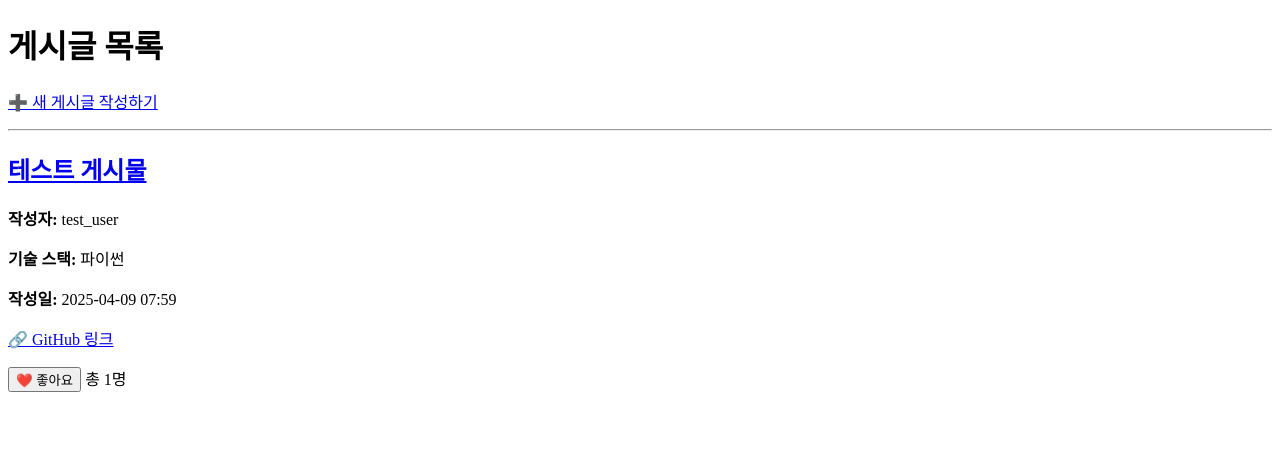
Repository: SSWU-LIKELION-13TH-BE/Django_KimGaYoon
Page: http://localhost/board/
These files come from the project's save history. The page is drawn as it stood at one moment and after the next save; the edit follows.
The browser window is 1280 px wide. The pictures show the whole page.
The page is served by the project's application, run on Django 5.2 (manage.py). Other server files are loaded and not shown. The page reads the database file committed with the project.

Above is the page before, as saved 2025-04-30 22:56:25.

### board/templates/board/post_list.html
<!DOCTYPE html>
<html lang="ko">
<head>
    <meta charset="UTF-8">
    <title>게시글 목록</title>
</head>
<body>
    <h1>게시글 목록</h1>

    <p><a href="{% url 'post_create' %}">➕ 새 게시글 작성하기</a></p>

    {% for post in posts %}
        <hr>
        <h2><a href="{% url 'post_detail' post.id %}">{{ post.title }}</a></h2>
        <p><strong>작성자:</strong> {{ post.author.nickname }}</p>
        <p><strong>기술 스택:</strong> {{ post.tech_stack }}</p>
        <p><strong>작성일:</strong> {{ post.created_at|date:"Y-m-d H:i" }}</p>

        {% if post.github_url %}
            <p><a href="{{ post.github_url }}" target="_blank">🔗 GitHub 링크</a></p>
        {% else %}
            <p>GitHub 링크 없음</p>
        {% endif %}

        {% if post.image %}
            <p><img src="{{ post.image.url }}" alt="첨부 이미지" width="200"></p>
        {% endif %}

        <form action="{% url 'toggle_like' post.id %}" method="POST">
            {% csrf_token %}
            {% if user in post.likes.all %}
                <button type="submit">💔 좋아요 취소</button>
            {% else %}
                <button type="submit">❤️ 좋아요</button>
            {% endif %}
            <span>총 {{ post.likes.count }}명</span>
        </form>

        {% if user == post.author %}
            <p>
                <a href="{% url 'post_edit' post.id %}">수정</a> |
                <a href="{% url 'post_delete' post.id %}">삭제</a>
            </p>
        {% endif %}
    {% empty %}
        <p>게시글이 없습니다.</p>
    {% endfor %}
</body>
</html>

### board/models.py
from django.db import models
from django.conf import settings
from django.contrib.auth import get_user_model
from django.contrib.auth.models import User
from django.utils import timezone

class Post(models.Model):
    author = models.ForeignKey(settings.AUTH_USER_MODEL, on_delete=models.CASCADE)
    title = models.CharField(max_length=100)
    content = models.TextField()
    image = models.ImageField(upload_to='post_images/', blank=True, null=True)
    tech_stack = models.CharField(max_length=100)
    github_url = models.URLField(blank=True)
    created_at = models.DateTimeField(auto_now_add=True)

    likes = models.ManyToManyField(get_user_model(), related_name='liked_posts', blank=True)

    def __str__(self):
        return self.title

class Comment(models.Model):
    post = models.ForeignKey('Post', related_name='comments', on_delete=models.CASCADE)
    author = models.ForeignKey(settings.AUTH_USER_MODEL, on_delete=models.CASCADE)
    content = models.TextField()
    created_at = models.DateTimeField(default=timezone.now)
    updated_at = models.DateTimeField(auto_now=True)
    parent = models.ForeignKey('self', null=True, blank=True, related_name='replies', on_delete=models.CASCADE)

    def __str__(self):
        return f"{self.author.username}의 댓글"

    def like_count(self):
        return self.likes.count()

    def is_liked_by(self, user):
        return self.likes.filter(user=user).exists()


    class Meta:
        ordering = ['created_at']

class CommentLike(models.Model):
    comment = models.ForeignKey(Comment, related_name='likes', on_delete=models.CASCADE)
    user = models.ForeignKey(settings.AUTH_USER_MODEL, on_delete=models.CASCADE)

    class Meta:
        unique_together = ('comment', 'user')

    def __str__(self):
        return f"{self.user.username} → {self.comment}"

### board/views.py
from django.shortcuts import render, redirect, get_object_or_404
from .forms import PostForm, CommentForm
from django.contrib.auth.decorators import login_required
from .models import Post, Comment, CommentLike
from django.http import HttpResponseRedirect, JsonResponse
from django.urls import reverse
from django.views.decorators.http import require_POST

@login_required(login_url='/user/login/')
def post_create(request):
    if request.method == 'POST':
        form = PostForm(request.POST, request.FILES)
        if form.is_valid():
            post = form.save(commit=False)
            post.author = request.user
            post.save()
            return redirect('post_list')

    else:
        form = PostForm()
    return render(request, 'board/post_create.html', {'form': form})

def post_list(request):
    query = request.GET.get('q')

    if query:
        posts = Post.objects.filter(title__icontains=query)
    else:
        posts = Post.objects.all()

    posts = posts.order_by('-created_at')  # 여기서 정렬만 해줘야 함

    return render(request, 'board/post_list.html', {'posts': posts})

@login_required(login_url='/user/login/?next=/board/')
def toggle_like(request, post_id):
    post = get_object_or_404(Post, id=post_id)

    if request.user in post.likes.all():
        post.likes.remove(request.user)
    else:
        post.likes.add(request.user)

    return HttpResponseRedirect(reverse('post_list'))

def post_detail(request, post_id):
    post = get_object_or_404(Post, id=post_id)
    comments = post.comments.filter(parent = None)

    if request.method == 'POST':
        parent_id = request.POST.get('parent')
        comment_form = CommentForm(request.POST)

        if comment_form.is_valid():
            comment = comment_form.save(commit = False)
            comment.post = post
            comment.author = request.user
            comment.save()

            if parent_id:
                try:
                    parent_comment = Comment.objects.get(id=parent_id)
                    comment.parent = parent_comment
                except Comment.DoesNotExist:
                    pass

            comment.save()
            return redirect('post_detail', post_id = post.id)

    else:
        comment_form = CommentForm()

    return render(request, 'board/post_detail.html', {
        'post': post,
        'comments': comments,
        'comment_form': comment_form
    })

@login_required(login_url='/user/login/')
def post_edit(request, post_id):
    post = get_object_or_404(Post, id=post_id)
    if request.user != post.author:
        return redirect('post_detail', post_id=post.id)

    if request.method == 'POST':
        form = PostForm(request.POST, request.FILES, instance=post)
        if form.is_valid():
            form.save()
            return redirect('post_detail', post_id=post.id)
    else:
        form = PostForm(instance=post)

    return render(request, 'board/post_edit.html', {'form': form})

@login_required(login_url='/user/login/')
def post_delete(request, post_id):
    post = get_object_or_404(Post, id=post_id)
    if request.user != post.author:
        return redirect('post_detail', post_id=post.id)

    if request.method == 'POST':
        post.delete()
        return redirect('post_list')

    return render(request, 'board/post_delete.html', {'post': post})

@login_required(login_url='/user/login/')
def comment_delete(request, comment_id):
    comment = get_object_or_404(Comment, id=comment_id)
    post_id = comment.post.id

    if request.user == comment.author:
        comment.delete()
    return redirect('post_detail', post_id=post_id)

@require_POST
@login_required(login_url='/user/login/')
def toggle_comment_like(request):
    comment_id = request.POST.get('comment_id')
    comment = get_object_or_404(Comment, id=comment_id)
    user = request.user

    like, created = CommentLike.objects.get_or_create(comment=comment, user=user)

    if not created:
        like.delete()
        liked = False
    else:
        liked = True

    return JsonResponse({
        'liked': liked,
        'like_count': comment.like_count()
    })

### user/models.py
from django.contrib.auth.models import AbstractUser, Group, Permission
from django.db import models

# Create your models here.
class CustomUser(AbstractUser):
    # add additional fields in here
    phone_number = models.CharField(max_length=15, blank=True, null=True)
    nickname = models.CharField(max_length=30, blank=True, null=True)

    groups= models.ManyToManyField(Group, related_name="customuser_set", blank=True)
    user_permissions = models.ManyToManyField(Permission, related_name="customuser_permissions_set", blank=True)
    pass

### myproject/urls.py
"""
URL configuration for myproject project.

The `urlpatterns` list routes URLs to views. For more information please see:
    https://docs.djangoproject.com/en/5.1/topics/http/urls/
Examples:
Function views
    1. Add an import:  from my_app import views
    2. Add a URL to urlpatterns:  path('', views.home, name='home')
Class-based views
    1. Add an import:  from other_app.views import Home
    2. Add a URL to urlpatterns:  path('', Home.as_view(), name='home')
Including another URLconf
    1. Import the include() function: from django.urls import include, path
    2. Add a URL to urlpatterns:  path('blog/', include('blog.urls'))
"""

from django.contrib import admin
from django.urls import path, include

def redirect_to_home(request):
    return redirect('home')

urlpatterns = [
    path('user/', include('user.urls')),
    path('home/', include('user.urls')),
    path('admin/', admin.site.urls),
    path('', redirect_to_home),
    path('board/', include('board.urls')),
]

### user/urls.py
from django.contrib import admin
from django.urls import include, path
from django.urls import path
from .views import signup_view, login_view, logout_view, home_view, password_reset_view
from django.contrib.auth import views as auth_views

urlpatterns = [
    path('signup/', signup_view, name='signup'),
    path('login/', login_view, name='login'),
    path('logout/', logout_view, name='logout'),
    path('home/', home_view, name='home'),
    path('password-reset/', password_reset_view, name='password_reset'),

    #path('password_reset/', auth_views.PasswordResetView.as_view(), name='password_reset'),
    #path('password_reset/done/', auth_views.PasswordResetDoneView.as_view(), name='password_reset_done'),
    #path('reset/<uidb64>/<token>/', auth_views.PasswordResetConfirmView.as_view(), name='password_reset_confirm'),
    #path('reset/done/', auth_views.PasswordResetCompleteView.as_view(), name='password_reset_complete'),
    #path('admin/', admin.site.urls),  # admin 네임스페이스 등록

]

### board/urls.py
from django.urls import path
from .views import post_create, post_list, toggle_like
from . import views

urlpatterns = [
    path('', post_list, name='post_list'),
    path('create/', post_create, name='post_create'),
    path('like/<int:post_id>/', toggle_like, name='toggle_like'),
    path('<int:post_id>/', views.post_detail, name='post_detail'),
    path('<int:post_id>/edit/', views.post_edit, name='post_edit'),
    path('<int:post_id>/delete/', views.post_delete, name='post_delete'),
    path('comment/<int:comment_id>/delete/', views.comment_delete, name='comment_delete'),
    path('comment/like/', views.toggle_comment_like, name='toggle_comment_like'),
]

### db.sqlite3 (the tables this page reads, as SQL)
CREATE TABLE "board_post" ("id" integer NOT NULL PRIMARY KEY AUTOINCREMENT, "title" varchar(100) NOT NULL, "content" text NOT NULL, "image" varchar(100) NULL, "tech_stack" varchar(100) NOT NULL, "github_url" varchar(200) NOT NULL, "created_at" datetime NOT NULL, "author_id" bigint NOT NULL REFERENCES "user_customuser" ("id") DEFERRABLE INITIALLY DEFERRED);
INSERT INTO "board_post" VALUES
(4, '테스트 게시물', '테스트 게시물~~~~', '', '파이썬', 'https://testgithuburl.com', '2025-04-09 07:59:06.584479', 3);

CREATE TABLE "board_post_likes" ("id" integer NOT NULL PRIMARY KEY AUTOINCREMENT, "post_id" bigint NOT NULL REFERENCES "board_post" ("id") DEFERRABLE INITIALLY DEFERRED, "customuser_id" bigint NOT NULL REFERENCES "user_customuser" ("id") DEFERRABLE INITIALLY DEFERRED);
INSERT INTO "board_post_likes" VALUES
(1, 4, 3);

CREATE TABLE "user_customuser" ("id" integer NOT NULL PRIMARY KEY AUTOINCREMENT, "password" varchar(128) NOT NULL, "last_login" datetime NULL, "is_superuser" bool NOT NULL, "username" varchar(150) NOT NULL UNIQUE, "first_name" varchar(150) NOT NULL, "last_name" varchar(150) NOT NULL, "email" varchar(254) NOT NULL, "is_staff" bool NOT NULL, "is_active" bool NOT NULL, "date_joined" datetime NOT NULL, "phone_number" varchar(15) NULL, "nickname" varchar(30) NULL);
INSERT INTO "user_customuser" VALUES
(1, 'pbkdf2_sha256$870000$c953r1fSQgAucQ3LcMy3Yl$fHliJga1fEQVjiTHOIqHpOZ+8/T74ndxsVdrj8QGlp8=', '2025-04-09 07:54:32.147753', 0, 'kayoonkim', '', '', '1234@naver.com', 0, 1, '2025-03-31 07:44:44.557583', '010-1234-1234', NULL),
(2, 'pbkdf2_sha256$870000$TNV0vtA7EXRbEChvn3Q6CN$kKjw9kX2CoWQlQIbsTzHtsQSmf9ZLIAxUzXK2QWo2IQ=', '2025-04-04 13:26:07.583682', 0, 'jacy', '', '', '20221188@sungshin.ac.kr', 0, 1, '2025-04-04 12:26:18.644352', '010-1234-1234', 'meme'),
(3, 'pbkdf2_sha256$870000$wYI68wmkGGN8WJguAZZKjO$k2GZmCUmS0lVa8+zkjEBiO5zamhgkR9JLVZrOcyB5m8=', '2025-04-09 07:58:41.559087', 0, 'test', '', '', 'test@naver.com', 0, 1, '2025-04-09 07:58:01.974804', '010-1234-1234', 'test_user');

After the next save:
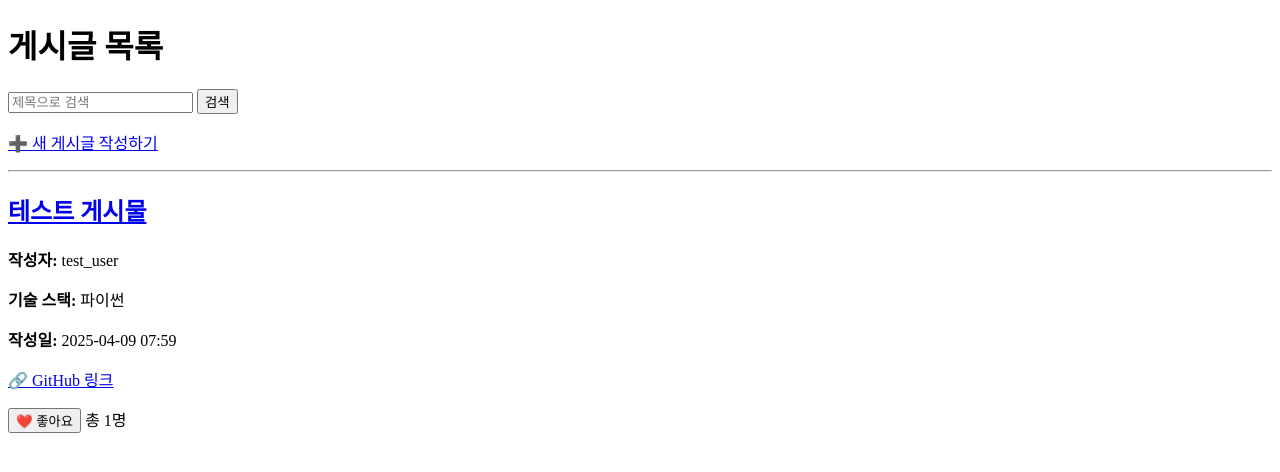
Saved 7 s later.
--- a/board/templates/board/post_list.html
+++ b/board/templates/board/post_list.html
@@ -6,6 +6,12 @@
 </head>
 <body>
     <h1>게시글 목록</h1>
+
+    <form method="get" action="{% url 'post_list' %}">
+        <input type="text" name="q" placeholder="제목으로 검색" value="{{ request.GET.q }}">
+        <button type="submit">검색</button>
+    </form>
+
 
     <p><a href="{% url 'post_create' %}">➕ 새 게시글 작성하기</a></p>
 
